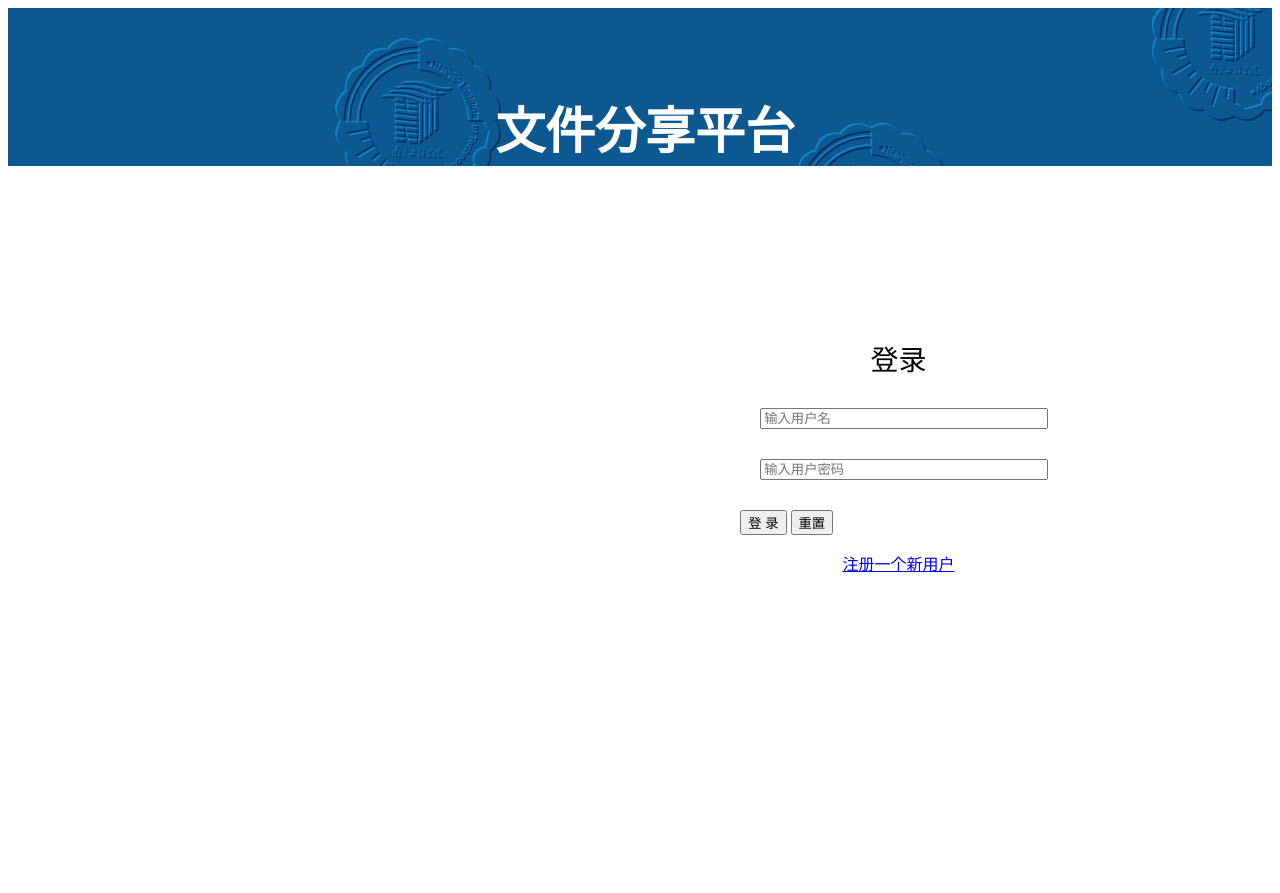
Repository: shunchensaber/Javaweb
Page: http://localhost/Web/MyHomePage.jsp
An editor plug-in stored every save of this project. The page is shown before and after the next save, followed by the edit.
The browser window is 1280 px wide. The pictures show the whole page.
The page is served by Tomcat 9.

Above is the page before, as saved 2019-04-01 08:35:06.

After the next save:
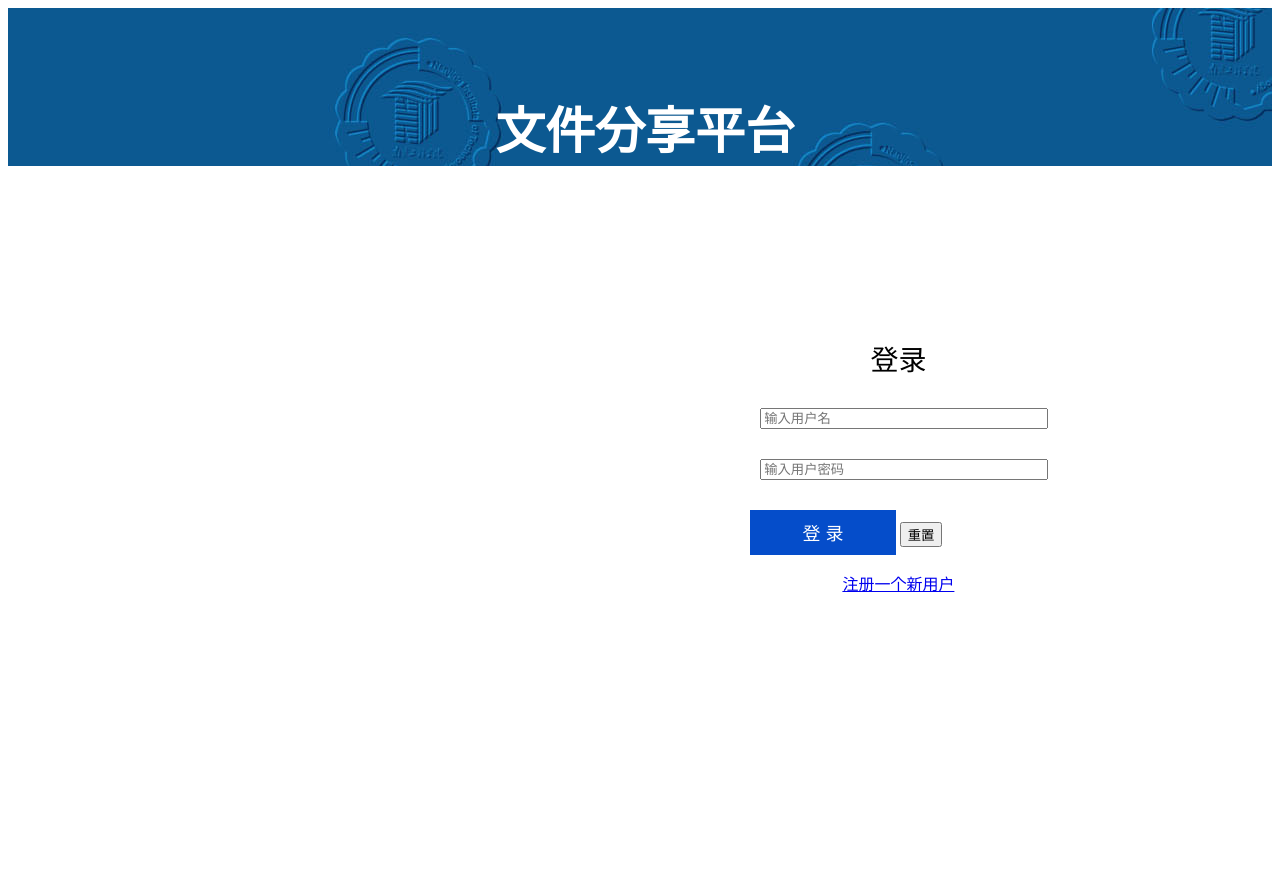
Saved 58 s later.
--- a/Web/WebContent/MyHomePage.jsp
+++ b/Web/WebContent/MyHomePage.jsp
@@ -54,7 +54,7 @@
 					placeholder="输入用户密码" style = "width: 280px;margin-left: 20px;"/>
 			</div>
 			<div class="logC">
-				<button class="button1" onclick="check()">登 录</button>
+				<button id="button1" onclick="check()">登 录</button>
 				<a href="" ><button  class = "button1"   type="reset">重置</button></a>
 			</div>
 			</form>
